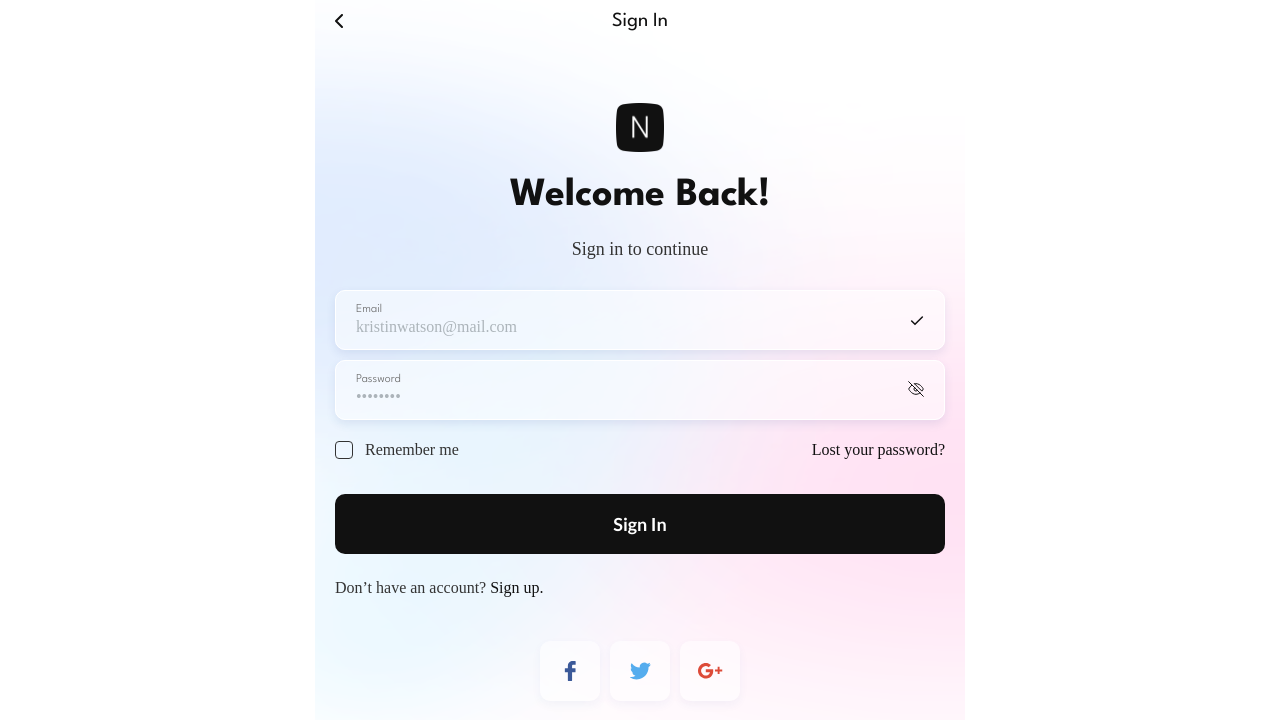
Repository: Ruddro420/inspired-it-app
Page: /sign-in
The author's editor kept a copy of each file at every save. The page is drawn from the files as they stood at one save, then again after the next save.
The browser window is 1280 px wide. The pictures show the whole page.
The project was rebuilt for these pictures with package versions that can differ from the ones it lists, and the page was loaded fresh each time. Also part of the build but not shown: src/text/H2.tsx, src/text/H4.tsx, src/text/H5.tsx, src/text/H6.tsx, src/text/T10.tsx, src/text/T12.tsx, src/text/T14.tsx, src/utils/getTabs.tsx and 88 more.

Above is the page before, as saved 2025-06-27 14:49:56.

After the next save:
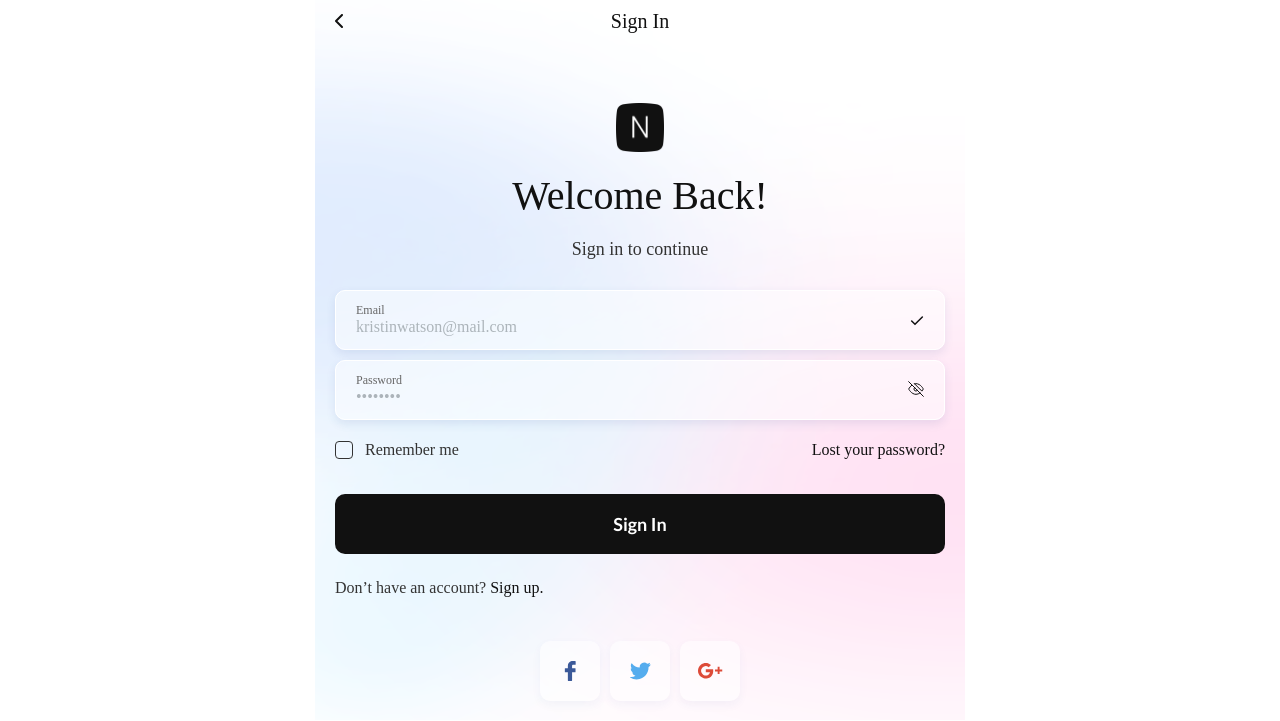
Saved 26 s later.
--- a/src/constants/fonts.tsx
+++ b/src/constants/fonts.tsx
@@ -1,11 +1,11 @@
 const Lato_700Bold = {fontFamily: 'Hind Siliguri'};
 const Lato_400Regular = {fontFamily: 'Hind Siliguri'};
 
-const LeagueSpartan_700Bold = {fontFamily: 'LeagueSpartan-Bold'};
-const LeagueSpartan_300Light = {fontFamily: 'LeagueSpartan-Light'};
-const LeagueSpartan_500Medium = {fontFamily: 'LeagueSpartan-Medium'};
-const LeagueSpartan_400Regular = {fontFamily: 'LeagueSpartan-Regular'};
-const LeagueSpartan_600SemiBold = {fontFamily: 'LeagueSpartan-SemiBold'};
+const LeagueSpartan_700Bold = {fontFamily: 'Hind Siliguri'};
+const LeagueSpartan_300Light = {fontFamily: 'Hind Siliguri'};
+const LeagueSpartan_500Medium = {fontFamily: 'Hind Siliguri'};
+const LeagueSpartan_400Regular = {fontFamily: 'Hind Siliguri'};
+const LeagueSpartan_600SemiBold = {fontFamily: 'Hind Siliguri'};
 
 export const fonts = {
   Lato_700Bold,
